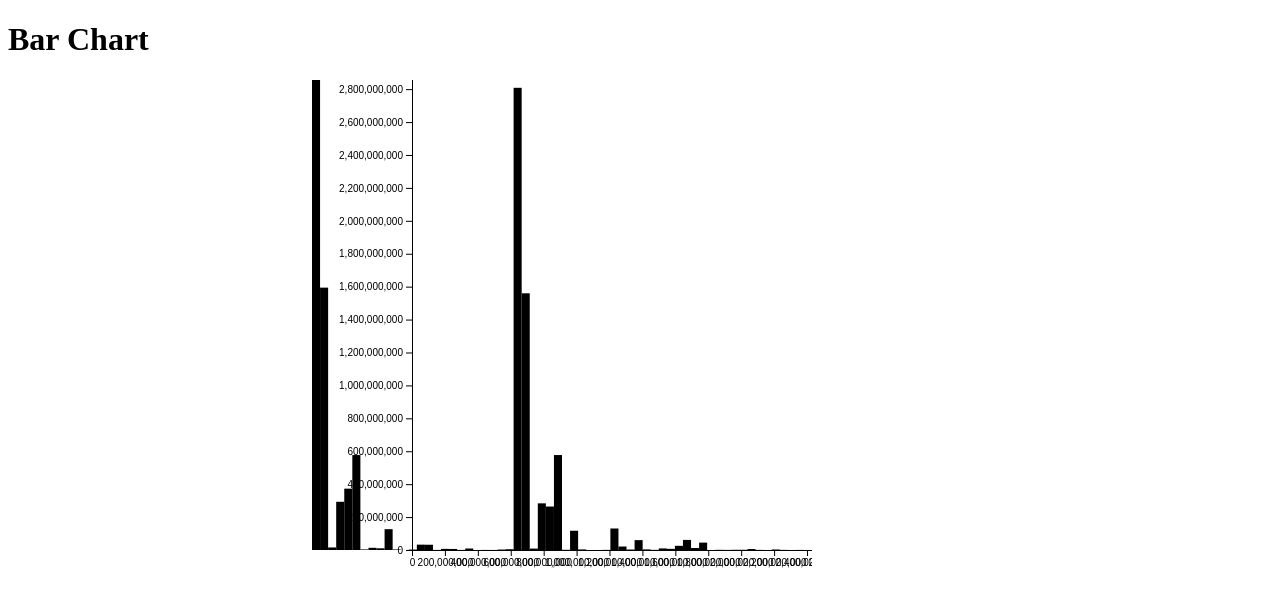
Repository: komalharjani/d3js-visualisation
Page: index.html
An editor plug-in stored every save of this project. The page is shown before and after a run of saves, followed by the edit.
The browser window is 1280 px wide. The pictures show the whole page.

Above is the page before, as saved 2020-04-29 18:22:01.

### index.html
<!DOCTYPE html>
<html lang="en">
<head>
    <meta charset="UTF-8">
    <meta name="viewport" content="width=device-width, initial-scale=1.0">
    <title>Information Visualisation Practical 3</title>
</head>
<body>
    <div id="barChart"></div>
    <h1>Bar Chart</h1>
    <svg></svg>

</body>
<script src="https://d3js.org/d3.v5.min.js"></script>
<script src="index.js"></script>
</html>

### index.js

let dataPath = "data/energy.csv";
d3.csv(dataPath)
        .then(function (data) {

                let finals = [];

                //Filter Data into new object
                for (let i = 0; i < data.length; i++) {
                        if (data[i].region == "Combined" && data[i].year == 1990) {
                                finals.push({
                                        amount: parseInt(data[i].amount),
                                        type: data[i].type,
                                })
                        }
                }
                console.log(finals);

                let width = 500;
                let height = 500;
                let margin = {
                        top: 20,
                        right: 20,
                        bottom: 20,
                        left: 50
                };
                let barwidth = (width / finals.length);

                //Append to HTML Document
                let svg = d3.select("body")
                        .append("svg")
                        .attr("height", height)
                        .attr("width", width);

                //Scales
                let xscale = d3.scaleLinear()
                        .domain([0, d3.max(finals, d => d.amount)])
                        .range([0, height]);

                let yscale = d3.scaleLinear()
                        .domain([0, d3.max(finals, d => d.amount)])
                        .range([width, 0]);

                // text scales
                // let yscale = d3.scaleBand()
                // .domain(data.map(d => d.type))
                // .range(0, width);

                //Axis

                let y_axis = d3.axisLeft()
                        .scale(yscale);

                svg.append("g")
                        .attr("transform", "translate(100,-30)")
                        .call(y_axis)


                //X Axis
                let x_axis = d3.axisBottom()
                        .scale(xscale);
                let xAxisTranslate = height - 30;
                svg.append("g")
                        .attr("transform", "translate(100, " + xAxisTranslate + ")")
                        .call(x_axis)


                //Barchart
                let barChart = svg.selectAll("rect") //add rectangles to all data
                        .data(finals) //provide finals as dataset
                        .enter()
                        .append("rect")
                        .attr("y", function (d) {
                                return height - xscale(d.amount);
                        })
                        .attr("height", function (d) {
                                return xscale(d.amount);
                        })
                        .attr("width", barwidth)
                        //problem is here with displaying axis and
                        .attr("transform", function (d, i) {
                                let translate = [barwidth * i,-30];
                                return "translate(" + translate + ")";
                        })
                        .attr("fill", 'black');

                // Barchart Text
                // let text = svg.selectAll("text")
                //         .data(finals)
                //         .enter()
                //         .append("text")
                //         .text(function (d) {
                //                 return d.amount;
                //         })
                //         .attr("y", function (d, i) {
                //                 return height - xscale(d.amount) - 2;
                //         })
                //         .attr("x", function (d, i) {
                //                 return barwidth * i - 30;
                //         })

        });

After the next 4 saves:
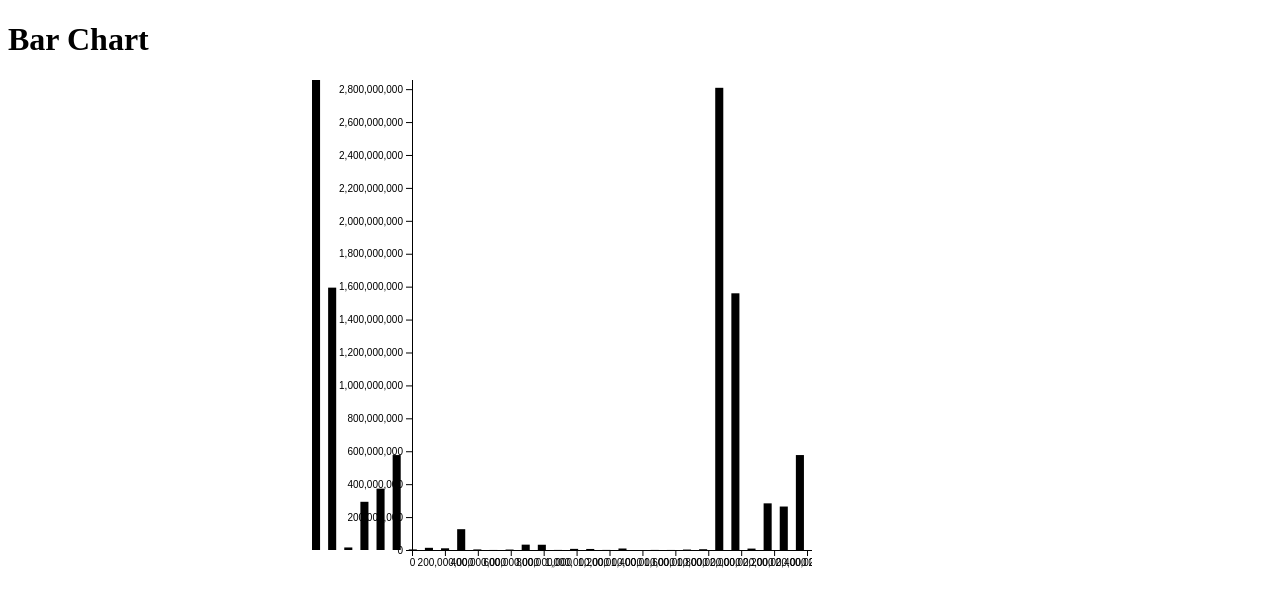
The 4 saves are shown as one change because they came seconds apart.
The last was saved 18 s later.
--- a/index.js
+++ b/index.js
@@ -79,7 +79,7 @@ d3.csv(dataPath)
                         .attr("width", barwidth)
                         //problem is here with displaying axis and
                         .attr("transform", function (d, i) {
-                                let translate = [barwidth * i,-30];
+                                let translate = [2*(barwidth * i),-30];
                                 return "translate(" + translate + ")";
                         })
                         .attr("fill", 'black');

After the save that followed:
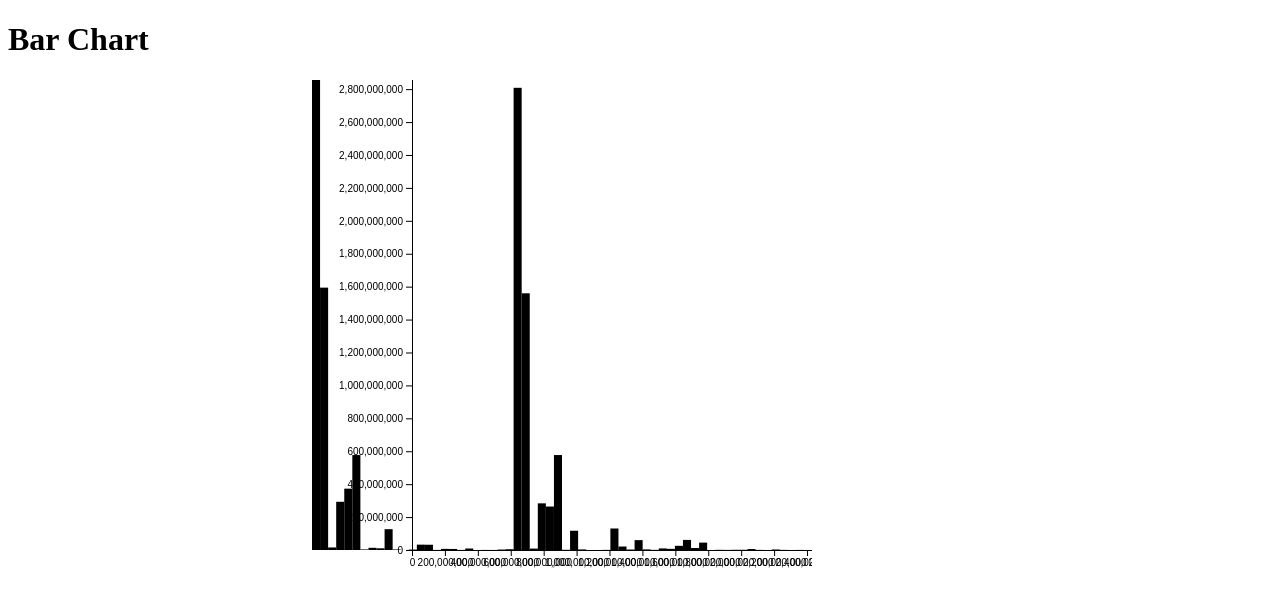
Saved 6 s later.
--- a/index.js
+++ b/index.js
@@ -79,7 +79,7 @@ d3.csv(dataPath)
                         .attr("width", barwidth)
                         //problem is here with displaying axis and
                         .attr("transform", function (d, i) {
-                                let translate = [2*(barwidth * i),-30];
+                                let translate = [(barwidth * i),-30];
                                 return "translate(" + translate + ")";
                         })
                         .attr("fill", 'black');
